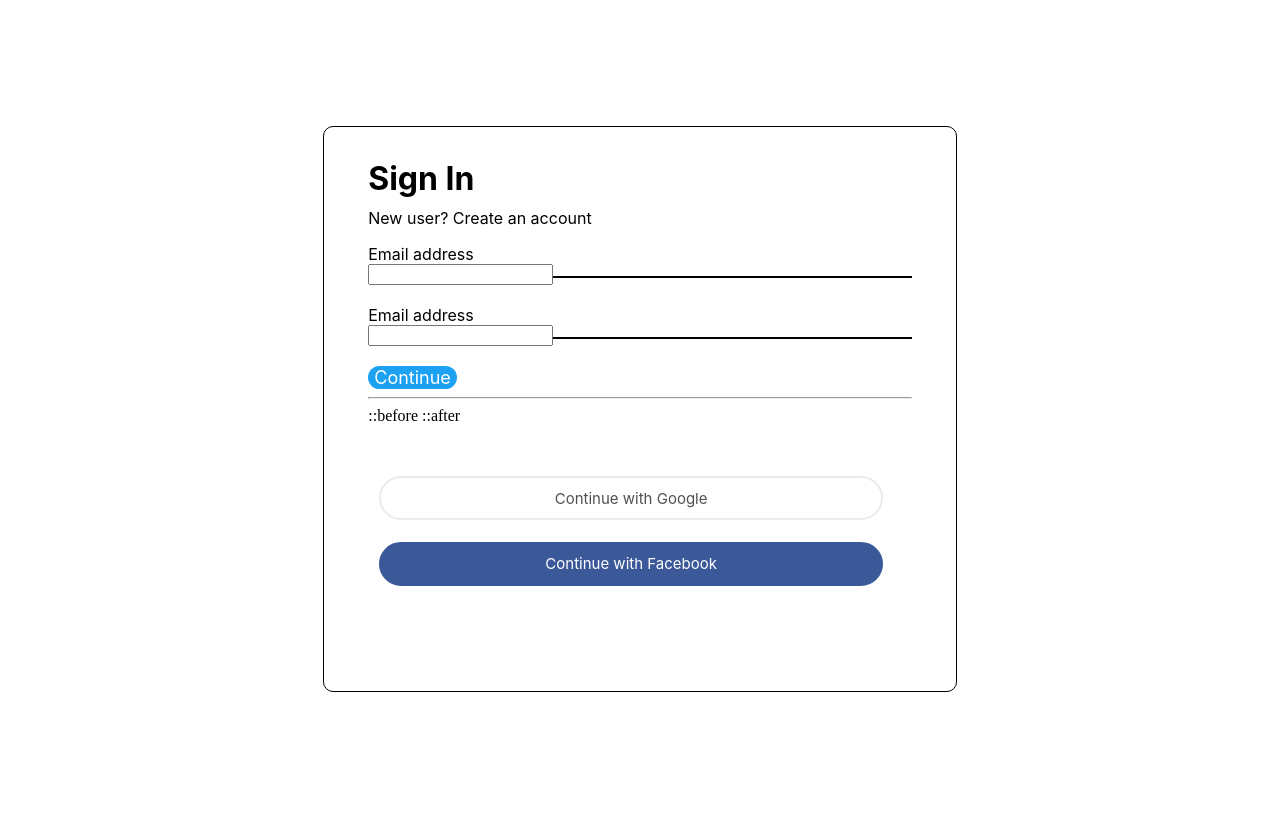
Repository: thangluu93/WereWolf
Page: Template/signIn.html
These files come from the project's save history. The page is drawn as it stood at one moment and after the next save; the edit follows.
The browser window is 1280 px wide. The pictures show the whole page.

Above is the page before, as saved 2020-01-13 14:02:57.

After the next save:
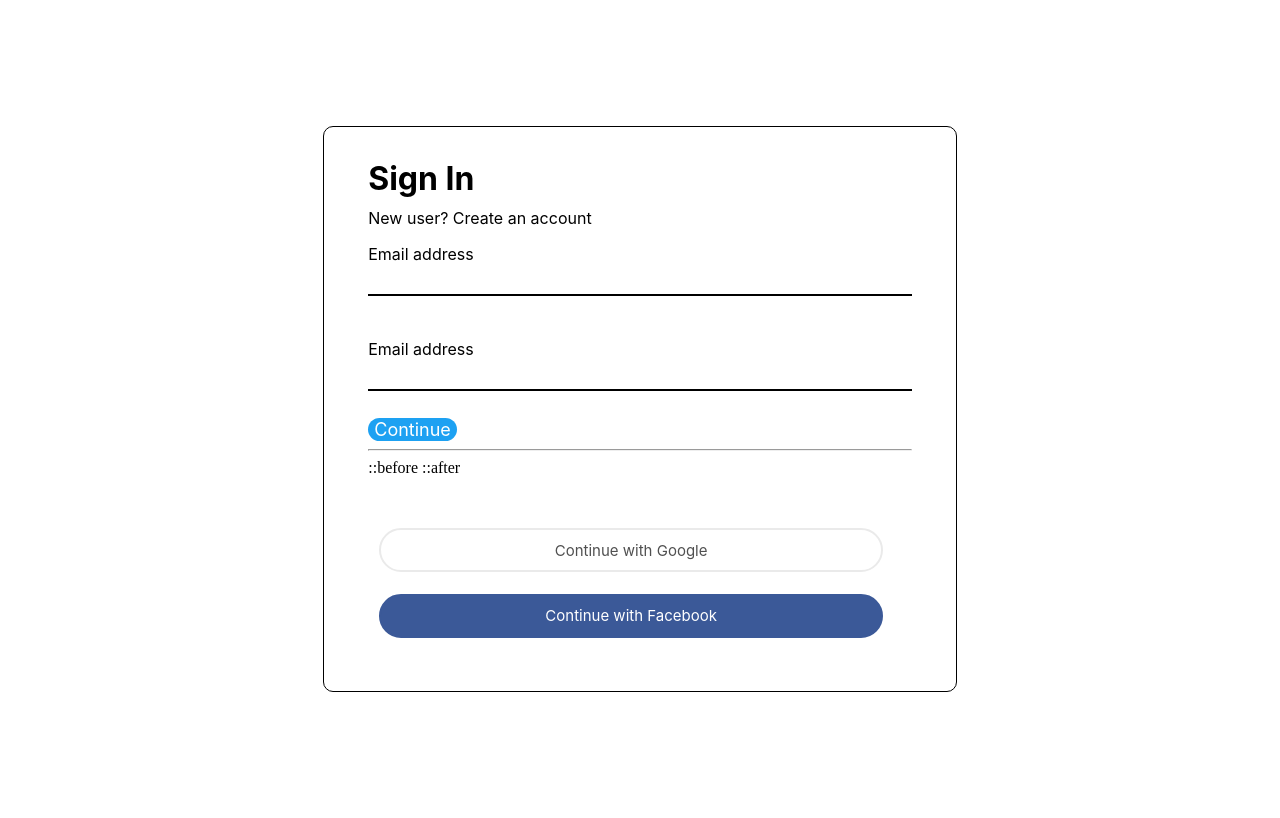
Saved 67 s later.
--- a/Template/signIn.html
+++ b/Template/signIn.html
@@ -16,13 +16,13 @@
                     </div>
                     <div >
                         <div >
-                            <div class="field">
+                            <div >
                                 <p style="margin-bottom: 0;"> Email address </p>
-                                <input type="email" class="emailField">
+                                <input type="email" class="field">
                             </div>
-                            <div class="field">
+                            <div >
                                 <p style="margin-bottom: 0;"> Email address </p>
-                                <input type="email" class="emailField">
+                                <input type="email" class="field">
                             </div>
                         </div>
                         <div class="emailContinue">
